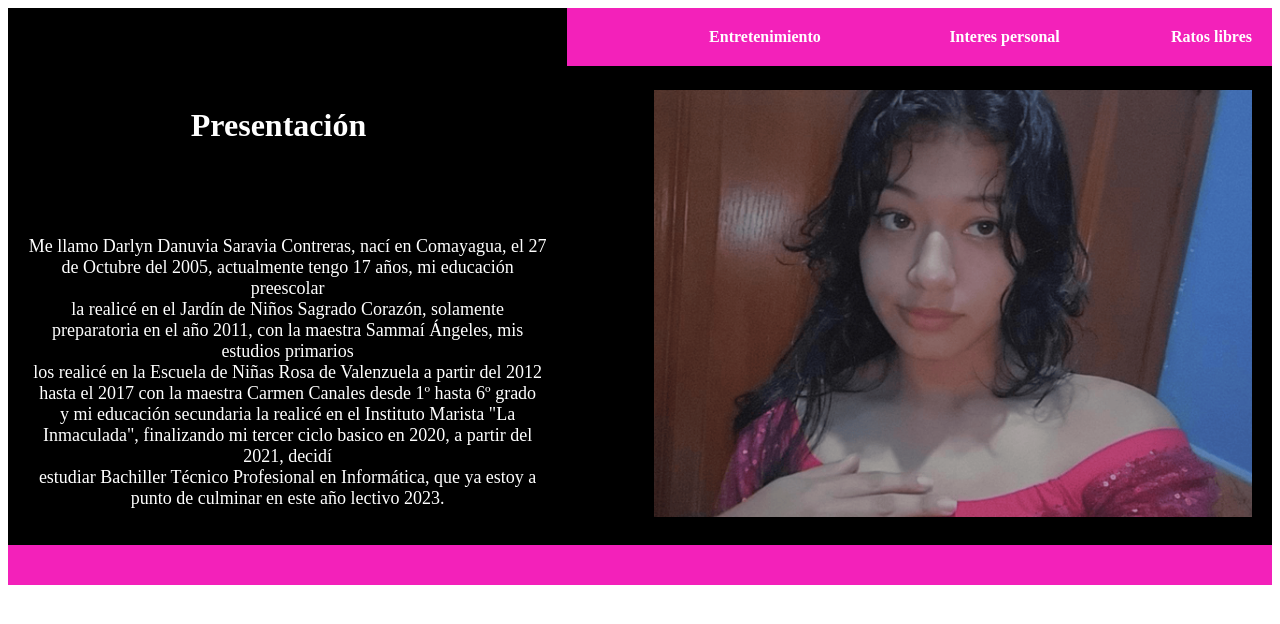
Repository: darlyn-saravia27/portafolio-darlynsaravia
Page: archivoshtml/index.html
These files come from the project's save history. The page is drawn as it stood at one moment and after the next save; the edit follows.
The browser window is 1280 px wide. The pictures show the whole page.

Above is the page before, as saved 2023-03-04 22:46:19.

After the next save:
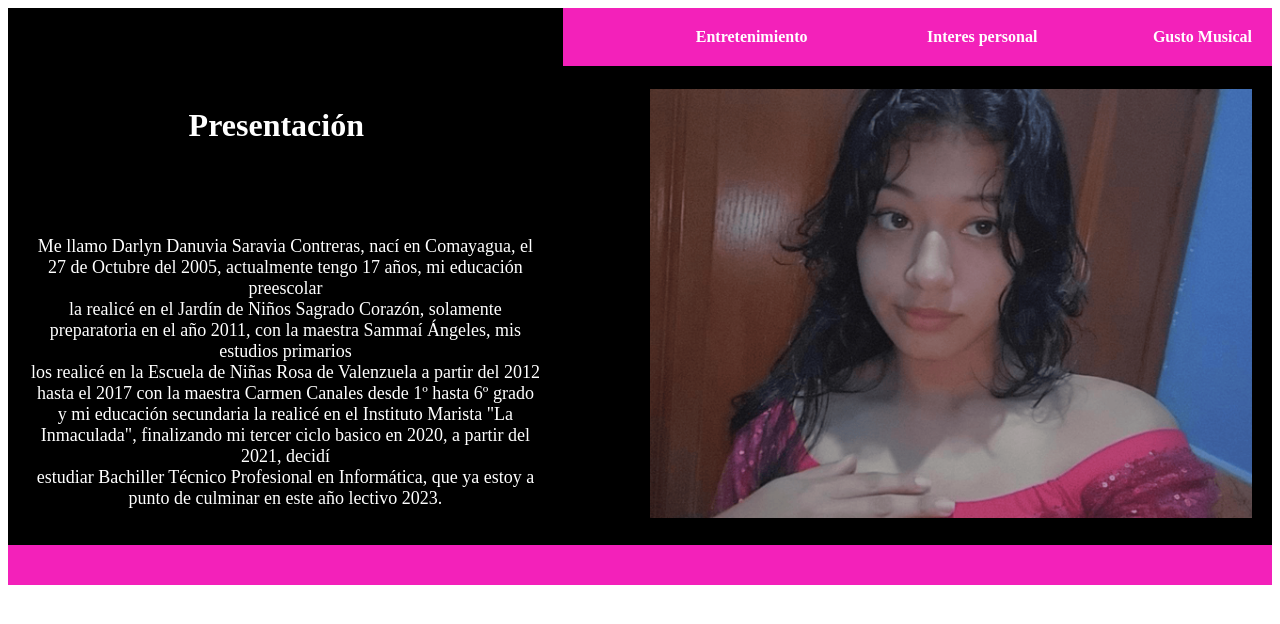
Saved 3 min 55 s later.
--- a/archivoshtml/index.html
+++ b/archivoshtml/index.html
@@ -12,7 +12,7 @@
         <td>-----------------------------------------------------------------------------------</td>
         <td align="right" bgcolor="F321BA"><font color="white"><strong>Entretenimiento</strong></font></td>
         <td align="right" bgcolor="F321BA"><font color="white"><strong>Interes personal</strong></font></td>
-        <td align="right" bgcolor="F321BA"><font color="white"><strong>Ratos libres</strong></font></td>
+        <td align="right" bgcolor="F321BA"><font color="white"><strong>Gusto Musical</strong></font></td>
     </tr>
     <tr bgcolor="#000000">
         <td align="center">
